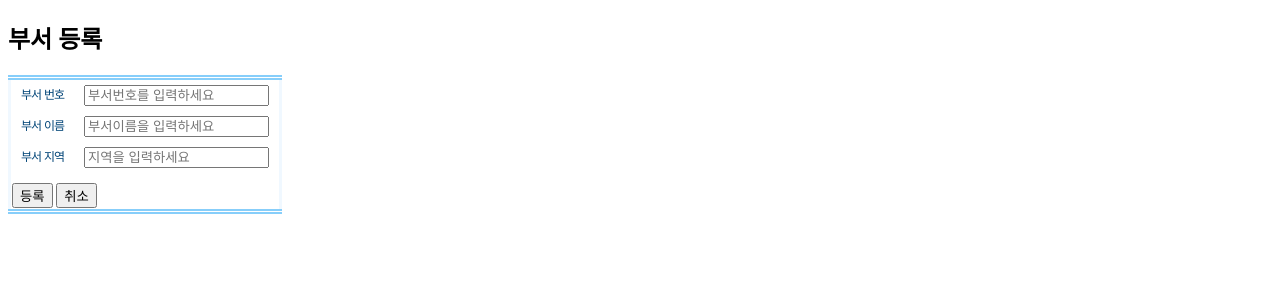
Repository: tmddnrdl333/5_BackEnd
Page: http://localhost/0323_mvc_basic/dept/regist.jsp
An editor plug-in stored every save of this project. The page is shown before and after the next save, followed by the edit.
The browser window is 1280 px wide. The pictures show the whole page.
The page is served by Tomcat 9. Other server files are loaded and not shown.

Above is the page before, as saved 2022-03-24 04:13:07.

### 0323_mvc_basic/WebContent/dept/regist.jsp
<%@ page language="java" contentType="text/html; charset=UTF-8"
	pageEncoding="UTF-8"%>
<!DOCTYPE html>
<html>
<head>
<meta charset="UTF-8">
<title>detail.jsp입니당</title>
<link href="<%=request.getContextPath()%>/css/table1.css"
	rel="stylesheet">
</head>
<body>
	<h2>부서 등록</h2>
	<form method="post"
		action="<%=request.getContextPath()%>/dept/regist.do">
		<table>
			<tbody>
				<tr>
					<th>부서 번호</th>
					<td><input type="text" name="deptNo" placeholder="부서번호를 입력하세요"
						required="required" readonly="readonly" /></td>
				</tr>
				<tr>
					<th>부서 이름</th>
					<td><input type="text" name="dName" placeholder="부서이름을 입력하세요"
						required="required" /></td>
				</tr>
				<tr>
					<th>부서 지역</th>
					<td><input type="text" name="loc" placeholder="지역을 입력하세요"
						required="required" /></td>
				</tr>
			</tbody>
			<tfoot>
				<tr>
					<td colspan="2"><input type="submit" value="등록" /> <input
						type="reset" value="취소" /></td>
				</tr>
			</tfoot>
		</table>
	</form>
</body>
</html>

### 0323_mvc_basic/WebContent/css/table1.css
@CHARSET "UTF-8";

table {
	font: normal 75%/150% Verdana, Arial, Helvetica, sans-serif;
	border-collapse: collapse;
	border: 3px solid #f0f8ff;
	border-top: 5px double #87CEFA;
	border-bottom: 5px double #87CEFA;
}
th {
	font: bold 1.1em/120% Verdana, Arial, Helvetica, sans-serif;
	padding: 5px 10px;
	font-variant: small-caps;
	color: #047;
	font-weight: bold;
	text-align: left;
	letter-spacing: -1px;
}
thead th {
	border: 1px solid #87CEFA;
	white-space: nowrap;
	background: #F0F8FF;
}
tbody td ,tbody th {
	padding: 5px 10px;
	background: #fff;
	color: #000;
}
tbody th {
	color: #047;
	font-weight: normal;
	font-variant: normal;
	font-size: 1em;
}
tbody tr.odd {
	border: 1px solid #87CEFA;
}
tbody tr.odd td, tbody tr.odd th {
	background: #F0F8FF;
}
tfoot td, tfoot th {
	border: none;
	padding-top: 10px;
}
caption {
	font-family: "Georgia", serif;
	letter-spacing: 5px;
	font-style: italic;
	text-align: left;
	text-indent: 2em;
	text-transform: uppercase;
	font-size: 150%;
	padding: 10px 0;
	color: #047;
}
table a:link {
	color: #0000ff;
}
table a:visited{
	color: #0f0;
}
table a:hover{
	color: #f00;
	text-decoration:none;
}

After the next save:
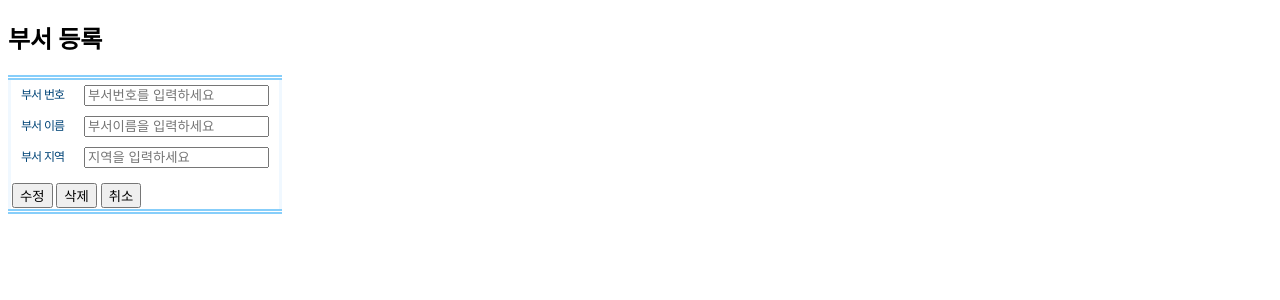
Saved 36 s later.
--- a/0323_mvc_basic/WebContent/dept/regist.jsp
+++ b/0323_mvc_basic/WebContent/dept/regist.jsp
@@ -32,8 +32,11 @@
 			</tbody>
 			<tfoot>
 				<tr>
-					<td colspan="2"><input type="submit" value="등록" /> <input
-						type="reset" value="취소" /></td>
+					<td colspan="2">
+					<input type="submit" value="수정" />
+					<input type="submit" value="삭제" />
+					<input type="reset" value="취소" />
+					</td>
 				</tr>
 			</tfoot>
 		</table>
